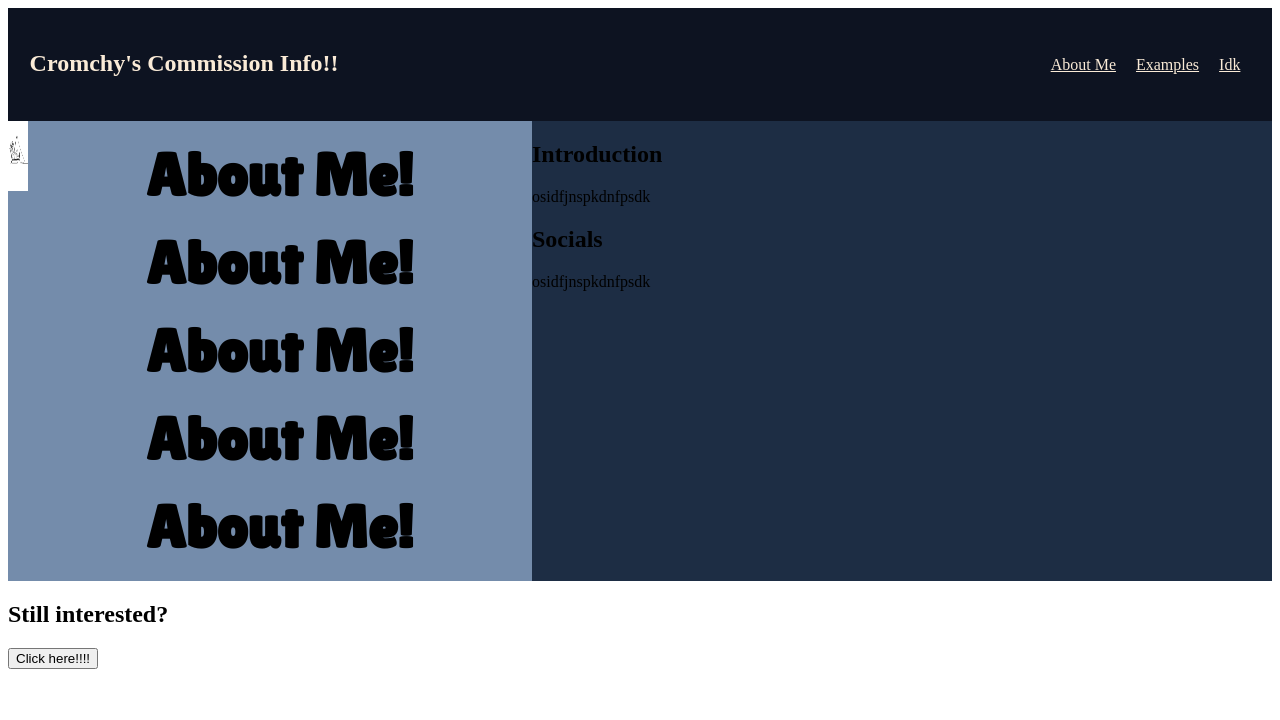
Repository: crackaLack1n/Cromchys_Commission_Site
Page: /
An editor plug-in stored every save of this project. The page is shown before and after the next save, followed by the edit.
The browser window is 1280 px wide. The pictures show the whole page.
The project was rebuilt for these pictures with package versions that can differ from the ones it lists, and the page was loaded fresh each time. The framework's server and built-in components were replaced by stand-ins that run in the browser. Also part of the build but not shown: next.config.mjs.

Above is the page before, as saved 2024-06-11 14:54:22.

### pages/_app.js
import "@/styles/globals.css";
import { Fjalla_One } from 'next/font/google'

const fjalla_One = Fjalla_One({
  weight: '400',
  subsets: ['latin'],
})

export default function App({ Component, pageProps }) {
  return <Component {...pageProps} />;
}

### pages/index.js
import Head from "next/head";
import Header from "@/Components/Header";
import Image from "next/image";
import styles from "@/styles/Home.module.css";
import Footer from "@/Components/Footer";
import { Lilita_One } from "next/font/google";


const lilita_One = Lilita_One({ weight: '400', subsets: ["latin"] });



export default function Home() {
  return (
    <>
      <Head>
        <title>Cromchy's Commission</title>
        <meta name="description" content="Generated by create next app" />
        <meta name="viewport" content="width=device-width, initial-scale=1" />
        <link rel="icon" href="/favicon.ico" />
      </Head>

      <Header />
      <main className={`${styles.main}`}>
        <div className={styles.image}>
          <Image src={'/images/banner2.png'} height={70} width={20}>
          </Image>
        </div>
        <div className={styles.mainContainer}>
          <div className={styles.containerLeft}>
            <div className={`${styles.contentLeft} ${lilita_One.className}`}>
              <p>About Me!</p>
              <p>About Me!</p>
              <p>About Me!</p>
              <p>About Me!</p>
              <p>About Me!</p>
            </div>
          </div>
          <div className={styles.containerRight}>
            <div className={styles.contentRight}>
              <h2>Introduction</h2>
              <p>osidfjnspkdnfpsdk</p>
              <h2>Socials</h2>
              <p>osidfjnspkdnfpsdk</p>
            </div>
          </div>
        </div>
      </main>
      <Footer />
    </>
  );
}

### Components/Header/index.js
import Link from "next/link"
import style from './header.module.css';
export default function Header() {
  return (
    <>
      <div className={style.main}>
        <h2>Cromchy's Commission Info!!</h2>
        <nav className={style.nav}>
          <ul className={style.buttons}>
            <li><Link href={`/`}>About Me</Link></li>
            <li><Link href={`/Examples`}>Examples</Link></li>
            <li><Link href={`/Idk`}>Idk</Link></li>
          </ul>
        </nav>
      </div>
    </>
  )
}

### styles/Home.module.css
.main {
  display: flex;
  min-height: 20vh;
  background-color: #748CAB;
}

.mainContainer {
 display: grid;
 grid-template-columns:  1fr 3fr;
 height: auto;
 z-index: 0;
}

.containerLeft {
  display: flex;
  width: 70vh;
  justify-content: center;
}

.contentLeft p {
  font-size: 60px;
  font-weight: 600;
  margin: 20px;
}
.containerRight {
  display: flex;

  background-color: #1D2D44;
  width: 100%;
}

.image {
  z-index: 2;
}
/* Mobile */
@media (max-width: 700px) {
  .content {

  }

  .grid {
    grid-template-columns: 1fr;
    margin-bottom: 120px;
    max-width: 320px;
    text-align: center;
  }

}

/* Tablet and Smaller Desktop */
@media (min-width: 701px) and (max-width: 1120px) {
  .grid {
    grid-template-columns: repeat(2, 50%);
  }
}

### Components/Footer/index.js
export default function Footer() {
  return(
    <>
    <footer>
      <h2>Still interested?</h2>
      <button>Click here!!!!</button>
    </footer>
    </>
  )
}

### Components/Header/header.module.css
.main {
  display: flex;
  justify-content: space-between;
  padding: 3vh;
  background-color: #0D1321;
  color: antiquewhite;
}


.nav {
justify-content: end;

}

.buttons {
  display: flex;

}

.buttons li {
  padding: 10px;
  list-style-type: none;
  color: antiquewhite;
}

.buttons a {
  color: antiquewhite;
}

Loaded but not shown: pages/_document.js (common file); styles/globals.css (common file)

After the next save:
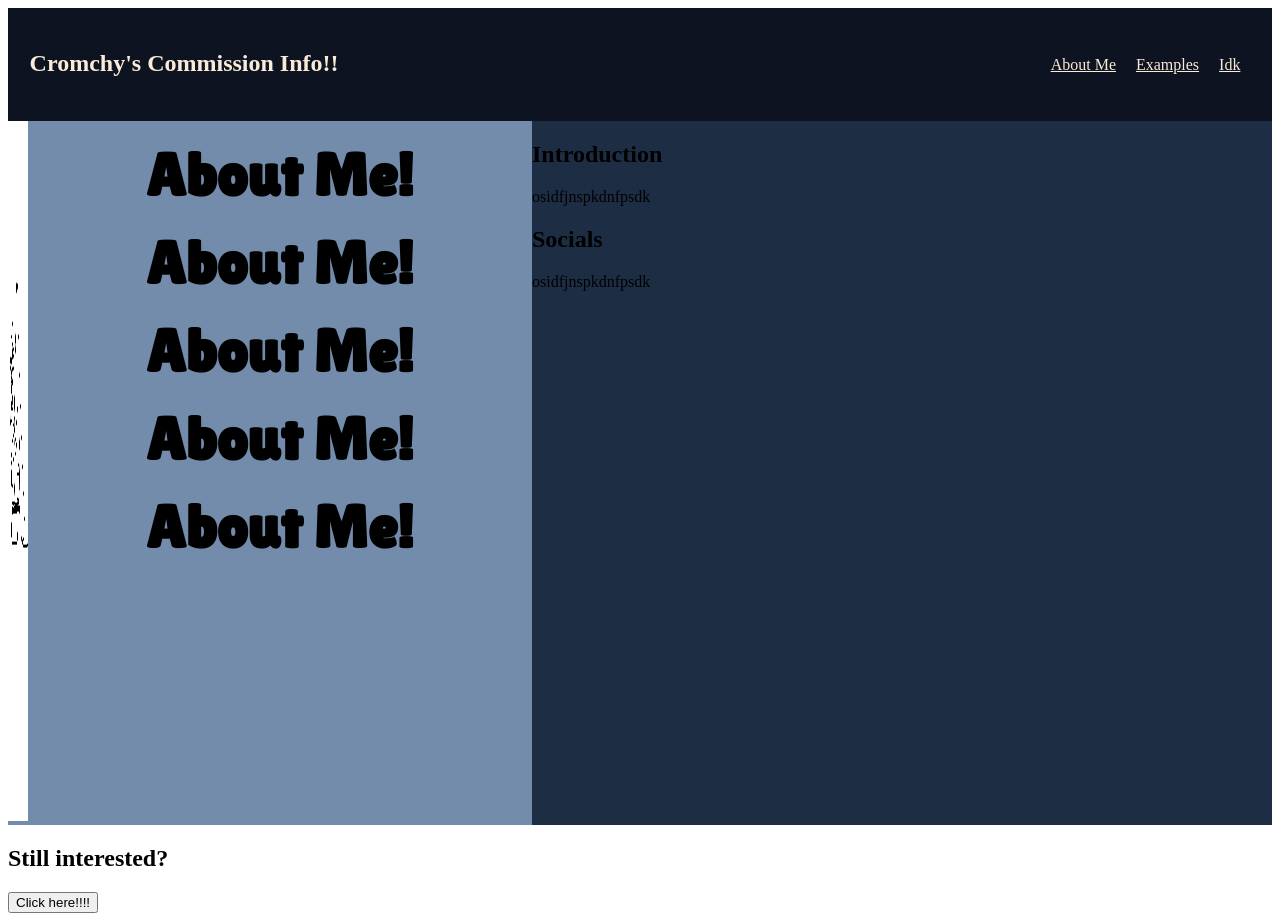
Saved 7 s later.
--- a/pages/index.js
+++ b/pages/index.js
@@ -23,7 +23,7 @@ export default function Home() {
       <Header />
       <main className={`${styles.main}`}>
         <div className={styles.image}>
-          <Image src={'/images/banner2.png'} height={70} width={20}>
+          <Image src={'/images/banner2.png'} height={700} width={20}>
           </Image>
         </div>
         <div className={styles.mainContainer}>
